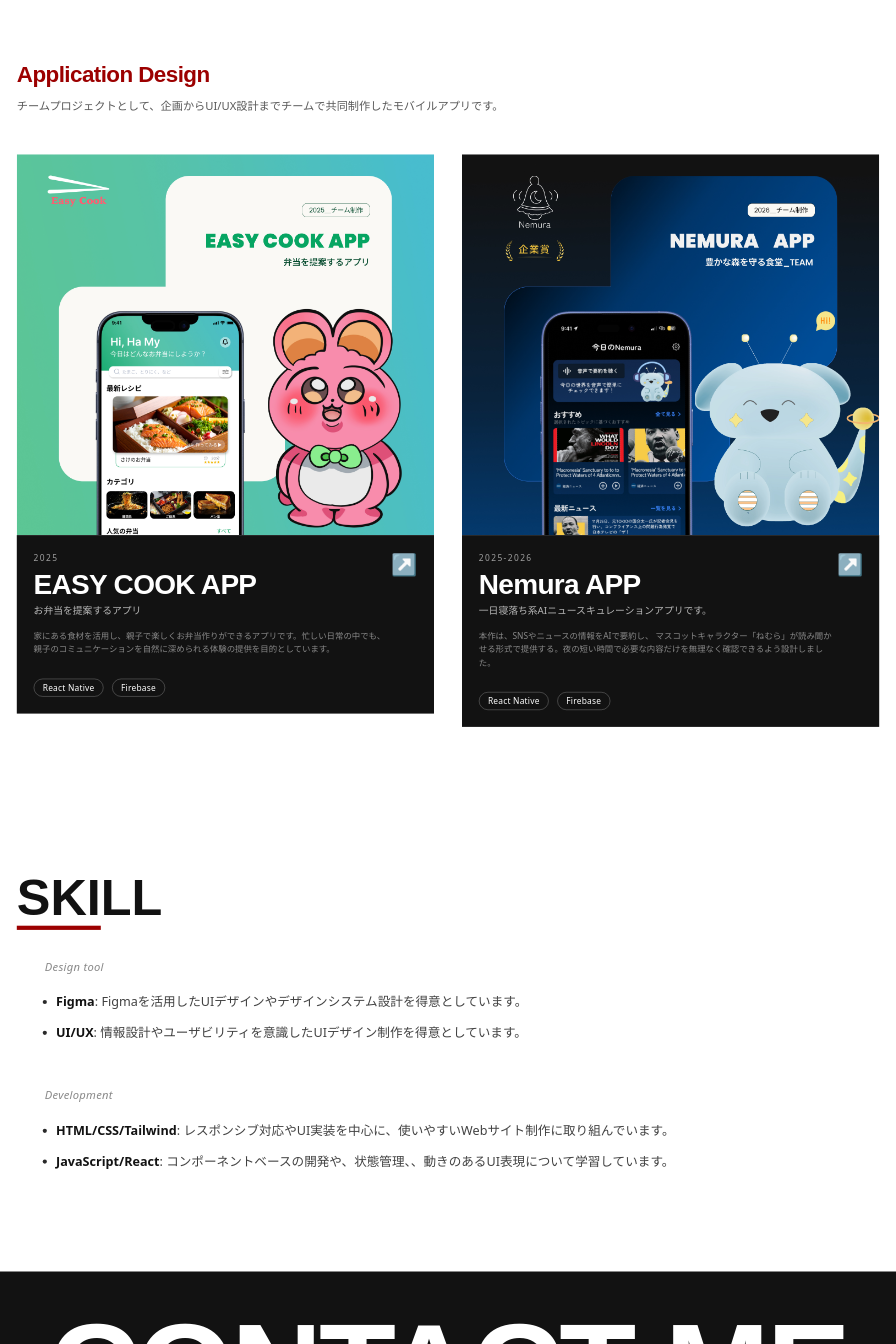
Repository: meme2603/Portfolio-HaMy
Page: / (app in my-portfolio/)
An editor plug-in stored every save of this project. The page is shown before and after the next save, followed by the edit.
The browser window is 1280 px wide. The pictures show the part of the page from y = 3599 to 5519 px (the page is 6249 px tall), at 70% of full size.
Some web fonts or font styles are not loaded; a fallback is used. The project was rebuilt for these pictures with package versions that can differ from the ones it lists, and the page was loaded fresh each time. Also part of the build but not shown: my-portfolio/vite.config.js, my-portfolio/src/pages/ProjectDetail.jsx.

Above is the page before, as saved 2026-06-10 14:31:04.

After the next save:
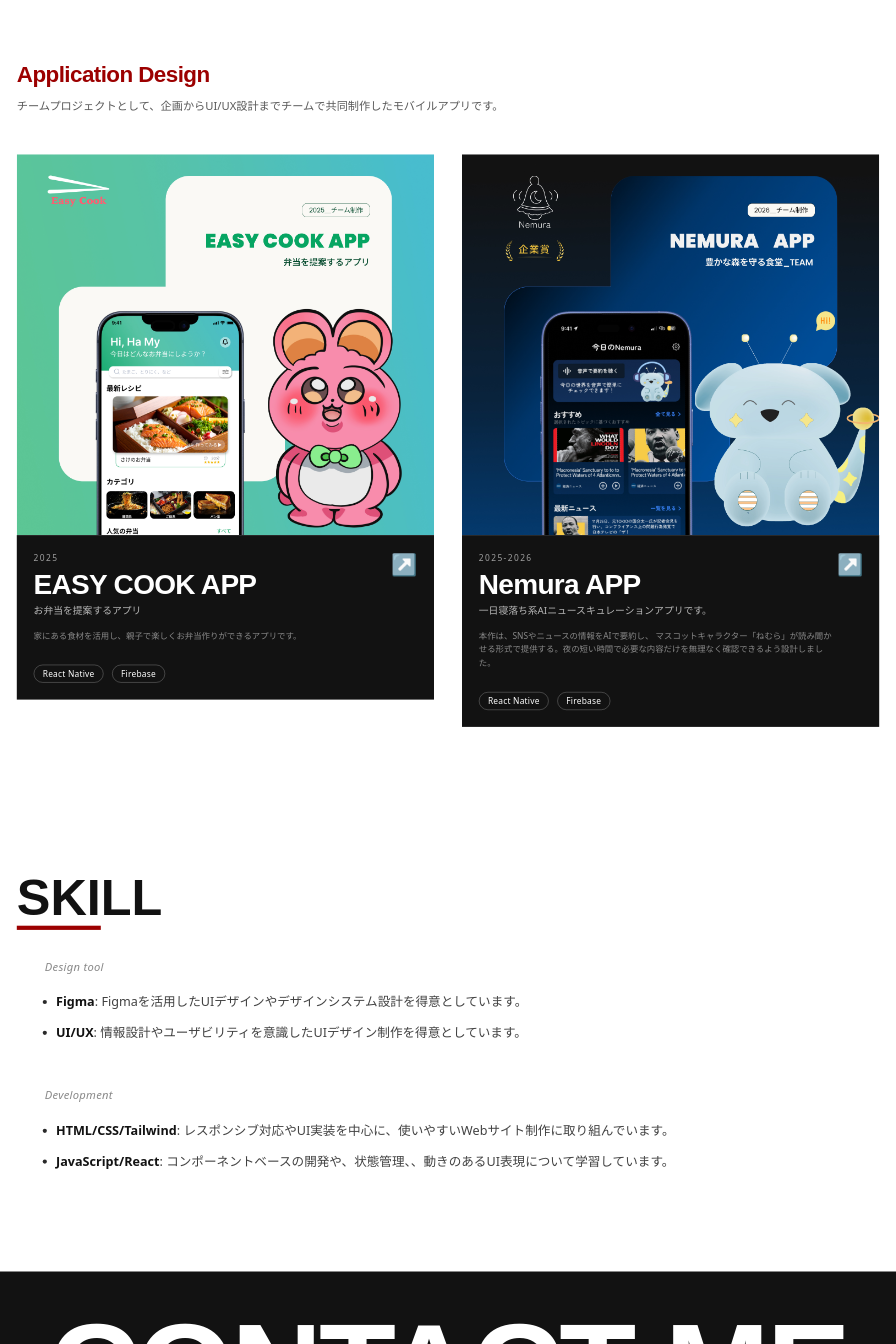
Saved 22 min 15 s later.
--- a/my-portfolio/src/data/ProjectsData.js
+++ b/my-portfolio/src/data/ProjectsData.js
@@ -148,7 +148,7 @@ export const appProjects = [
     title: "EASY COOK APP",
     name: "EASY COOK", // 👈 FIX 1: Bổ sung name cho easy cook
     titleJP: "お弁当を提案するアプリ",
-    desc: "家にある食材を活用し、親子で楽しくお弁当作りができるアプリです。忙しい日常の中でも、親子のコミュニケーションを自然に深められる体験の提供を目的としています。",
+    desc: "家にある食材を活用し、親子で楽しくお弁当作りができるアプリです。",
     tags: ["React Native", "Firebase"],
     img: easycookthumb,
 
